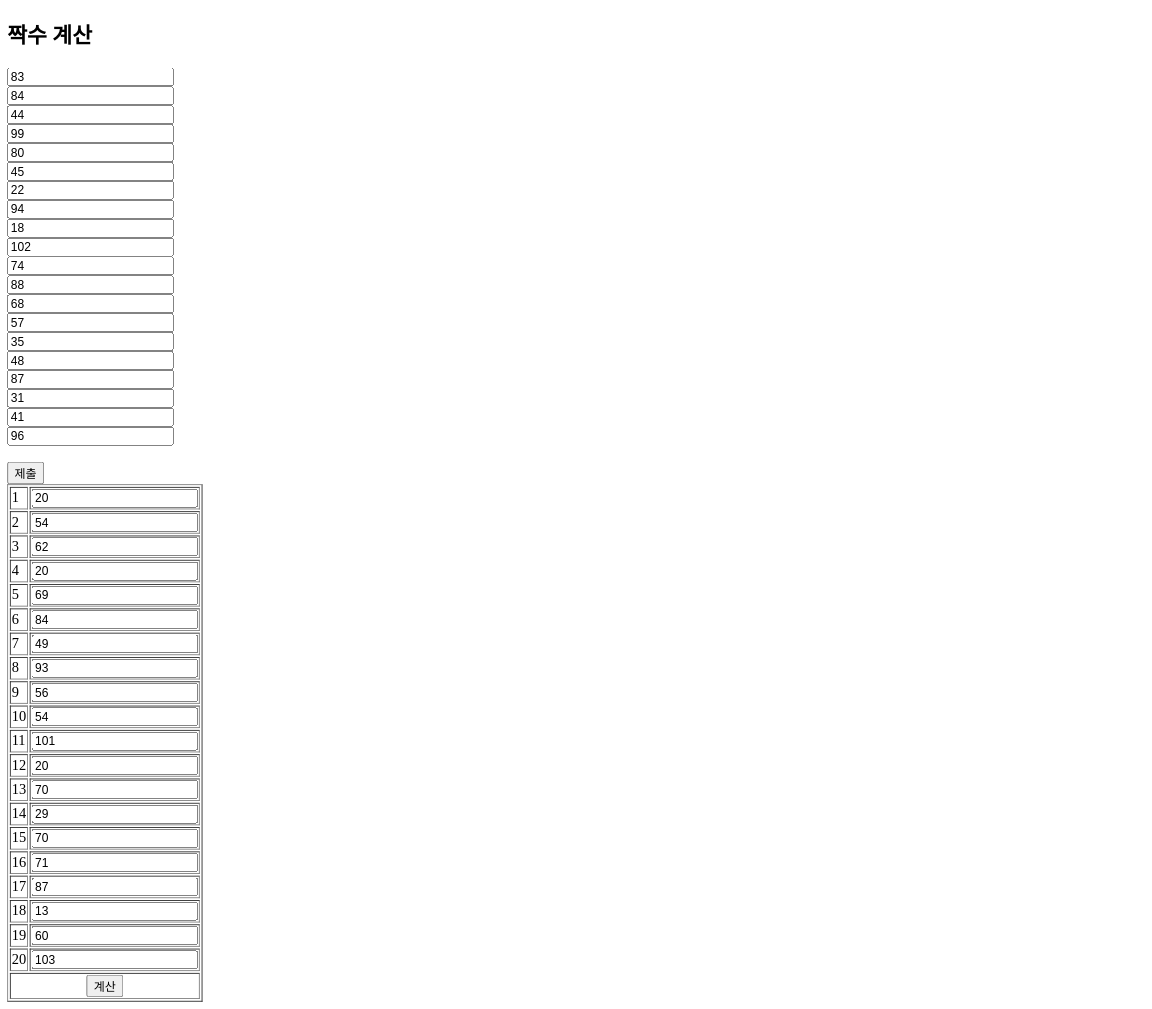
Repository: pshho/newJspProject
Page: http://localhost/JspProj/calc/calc.jsp
An editor plug-in stored every save of this project. The page is shown before and after the next save, followed by the edit.
The browser window is 1280 px wide. The pictures show the whole page, at 90% of full size.
The page is served by Tomcat 9.

Above is the page before, as saved 2023-07-27 07:37:18.

After the next save:
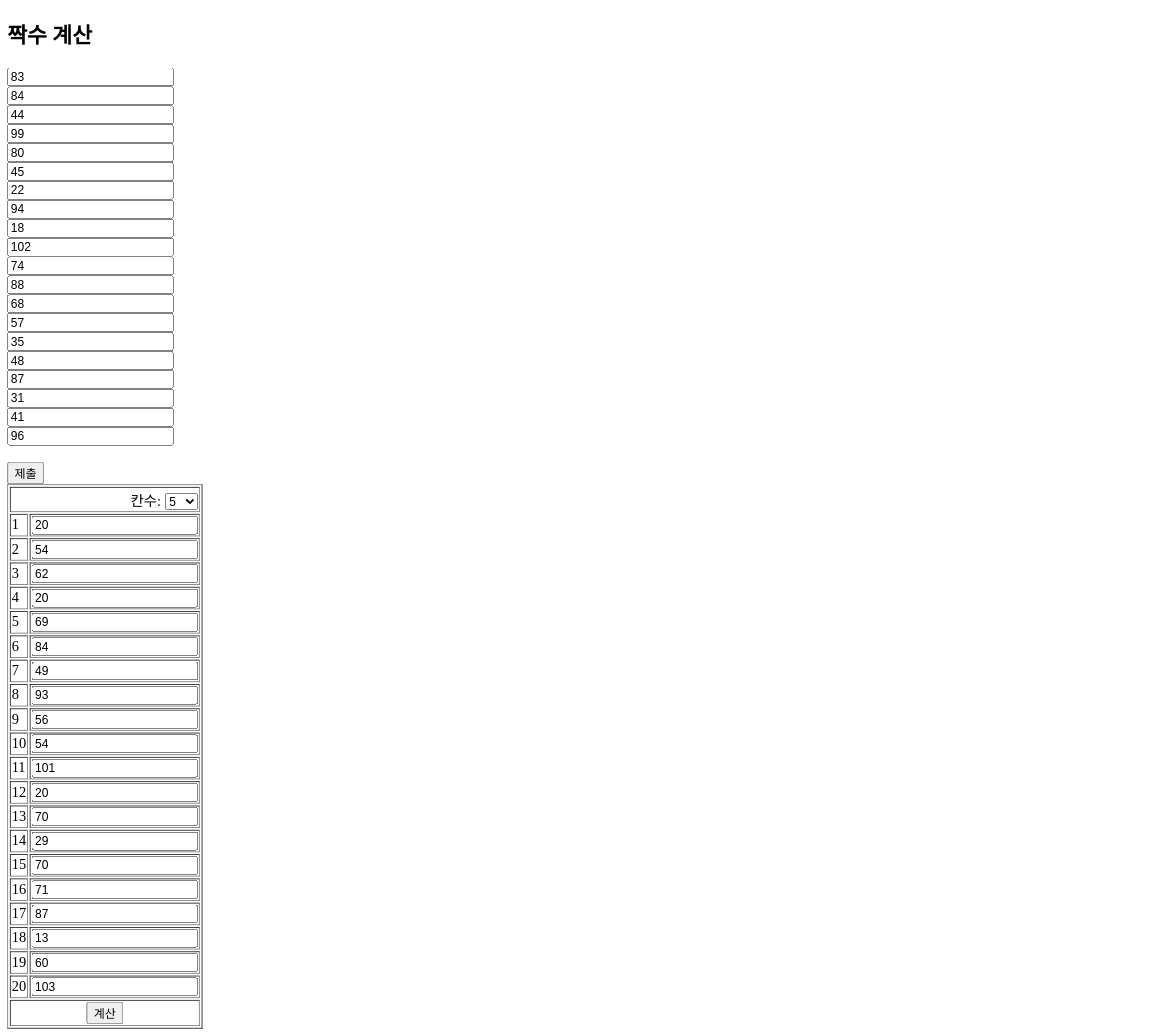
Saved 84 s later.
--- a/JspProj/src/main/webapp/calc/calc.jsp
+++ b/JspProj/src/main/webapp/calc/calc.jsp
@@ -19,6 +19,19 @@
 
 	<form action="./calcProcess.jsp">
 		<table border="">
+			<tr>
+				<td colspan="2" align="right">
+					칸수:
+					<select name="cnt" id="" onchange="">
+						<option>5</option>
+						<option>10</option>
+						<option>15</option>
+						<option>20</option>
+						<option>25</option>
+						<option>30</option>
+					</select>
+				</td>
+			</tr>
 			<%
 				for(int i=0; i<20; i++){
 			%>
